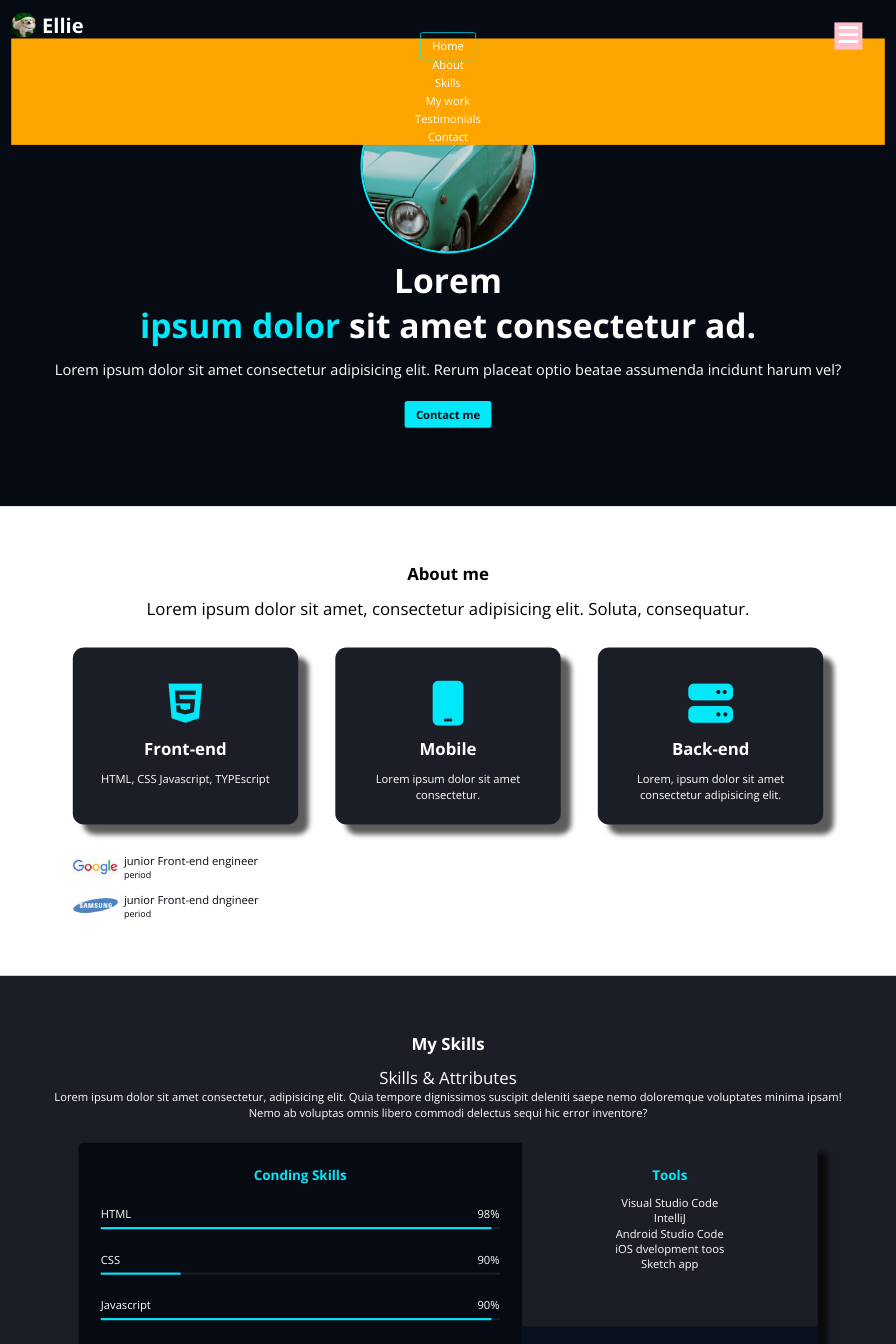
Repository: Arden-Sol/portfolio-website-clone-coding
Page: index.html
The author's editor kept a copy of each file at every save. The page is drawn from the files as they stood at one save, then again after the next save.
The browser window is 1280 px wide. The pictures show the part of the page from y = 0 to 1920 px (the page is 4153 px tall), at 70% of full size.
Some web libraries are served in a nearby version.

Above is the page before, as saved 2024-04-04 23:57:43.

### index.html
<!DOCTYPE html>
<html lang="en">

<head>
  <meta charset="UTF-8">
  <meta name="viewport" content="width=device-width, initial-scale=1.0">
  <!-- SEO -->
  <title>Arden&#39;s portfolio</title>
  <meta name="description" content="포트폴리오 연습장" />
  <meta name="author" content="arden">
  <link rel="shortcut icon" href="image/favicon.jpg" type="image/x-icon">
  <!-- OG (Open Graph Data) -->
  <meta property="og:title" content="포트폴리오">
  <meta property="og:type" content="website">
  <meta property="og:url" content="배포후 생성된 URL">
  <meta property="og:image" content="배포후 생성된 이미지 URL">
  <!-- Goole Font -->
  <link rel="preconnect" href="https://fonts.googleapis.com">
  <link rel="preconnect" href="https://fonts.gstatic.com" crossorigin>
  <link href="https://fonts.googleapis.com/css2?family=Open+Sans:ital,wght@0,300..800;1,300..800&display=swap"
    rel="stylesheet">
  <!-- Font Awesome -->
  <script src="https://kit.fontawesome.com/4dc9c1b526.js" crossorigin="anonymous"></script>
  <!-- CSS -->
  <link rel="stylesheet" href="css/style.css">
  <!-- Javascript -->
  <script src="src/main.js" defer></script>
</head>

<body>
  <!-- Header -->
  <header class="header">
    <div class="header__logo">
      <img class="header__logo__img" src="image/favicon.jpg" alt="">
      <h1 class="header__logo__title"><a href="#">Ellie</a></h1>
    </div>
    <nav class="header__nav">
      <ul class="header__menu">
        <li><a class="header__menu__item active" href="#home">Home</a></li>
        <li><a class="header__menu__item" href="#about">About</a></li>
        <li><a class="header__menu__item" href="#skills">Skills</a></li>
        <li><a class="header__menu__item" href="#work">My work</a></li>
        <li><a class="header__menu__item" href="#testimonial">Testimonials</a></li>
        <li><a class="header__menu__item" href="#contact">Contact</a></li>
      </ul>
    </nav>
    <button class="header__bars">
      <i class="fa-solid fa-bars"></i>
    </button>
  </header>
  <!-- Main -->
  <main>
    <!-- Home -->
    <section id="home" class="section">
      <div class="home__container">
        <img class="home__avatar" src="image/picture.jpg" alt="picture">
        <h2 class="home__title">Lorem <br> <strong class="home__title--strong">ipsum dolor</strong> sit amet consectetur
          ad.</h2>
        <p class="home__description">Lorem ipsum dolor sit amet consectetur adipisicing elit. Rerum placeat optio beatae
          assumenda incidunt harum
          vel?</p>
        <a class="home__contact" href="#contact">Contact me</a>
      </div>
    </section>
    <!-- About -->
    <section id="about" class="section max-container">
      <h2 class="title">About me</h2>
      <p class="description">Lorem ipsum dolor sit amet, consectetur adipisicing elit. Soluta, consequatur.</p>
      <ul class="majors">
        <li class="major">
          <i class="fa-brands fa-html5 major__icon"></i>
          <p class="major__title">Front-end</p>
          <p>HTML, CSS Javascript, TYPEscript</p>
        </li>
        <li class="major">
          <i class="fa-solid fa-mobile major__icon"></i>
          <p class="major__title">Mobile</p>
          <p>Lorem ipsum dolor sit amet consectetur.</p>
        </li>
        <li class="major">
          <i class="fa-solid fa-server major__icon"></i>
          <p class="major__title">Back-end</p>
          <p>Lorem, ipsum dolor sit amet consectetur adipisicing elit.</p>
        </li>
      </ul>
      <ul class="jobs">
        <li class="job"><img src="image/jobs/google.png" alt="google">
          <div>
            <p class="job__name">junior Front-end engineer</p>
            <p class="job__period">period</p>
          </div>
        </li>
        <li class="job"><img src="image/jobs/samsung.png" alt="samsung">
          <div>
            <p class="job__name">
              junior Front-end dngineer
            </p>
            <p class="job__period">period</p>
          </div>
        </li>
      </ul>
    </section>
    <!-- Skills -->
    <section id="skills" class="section">
      <div class="max-container">
        <h2 class="title">My Skills</h2>
        <p class="description">Skills & Attributes</p>
        <p>Lorem ipsum dolor sit amet consectetur, adipisicing elit. Quia tempore dignissimos suscipit deleniti saepe
          nemo
          doloremque voluptates minima ipsam! Nemo ab voluptas omnis libero commodi delectus sequi hic error inventore?
        </p>
        <div class="skills">
          <section class="skills__coding">
            <h3 class="skills__title">Conding Skills</h3>
            <ul>
              <li class="bar">
                <div class="bar__metadata"><span>HTML</span><span>98%</span></div>
                <div class="bar__bg">
                  <div class="bar__value" style="width: 98%"></div>
                </div>
              </li>
              <li class="bar">
                <div class="bar__metadata"><span>CSS</span><span>90%</span></div>
                <div class="bar__bg">
                  <div class="bar__value" style="width: 20%"></div>
                </div>
              </li>
              <li class="bar">
                <div class="bar__metadata"><span>Javascript</span><span>90%</span></div>
                <div class="bar__bg">
                  <div class="bar__value" style="width: 98%"></div>
                </div>
              </li>
              <li class="bar">
                <div class="bar__metadata"><span>TYPEscript</span><span>80%</span></div>
                <div class="bar__bg">
                  <div class="bar__value" style="width: 98%"></div>
                </div>
              </li>
              <li class="bar">
                <div class="bar__metadata"><span>NodeJs</span><span>78%</span></div>
                <div class="bar__bg">
                  <div class="bar__value" style="width: 98%"></div>
                </div>
              </li>
              <li class="bar">
                <div class="bar__metadata"><span>React</span><span>68%</span></div>
                <div class="bar__bg">
                  <div class="bar__value" style="width: 98%"></div>
                </div>
              </li>
            </ul>
          </section>
          <section class="skills__tools">
            <h3 class="skills__title">Tools</h3>
            <ul>
              <li>Visual Studio Code</li>
              <li>IntelliJ</li>
              <li>Android Studio Code</li>
              <li>iOS dvelopment toos</li>
              <li>Sketch app</li>
            </ul>
          </section>
          <section class="skills__etc">
            <h3 class="skills__title">Etc</h3>
            <ul>
              <li>Git</li>
              <li>Scurm Master</li>
              <li>Math</li>
            </ul>
          </section>
        </div>
      </div>
    </section>
    <!-- Work -->
    <section id="work" class="section">
      <div class="max-container">
        <h2 class="title">My work</h2>
        <p class="description">Projects</p>
        <ul class="categories">
          <li><button class="category category--selected">All <span class="category__count">8</span></button></li>
          <li><button class="category">Front-end <span class="category__count">3</span></button></li>
          <li><button class="category">Back-end <span class="category__count">3</span></button></li>
          <li><button class="category">Mobile <span class="category__count">2</span></button></li>
        </ul>
        <ul class="projects">
          <li class="project">
            <a href="#" target="_blank">
              <img src="image/projects/project1.webp" alt="project8" class="project__img">
              <div class="project__metadata">
                <h3 class="project__title">Project #1</h3>
                <p>Clone Coding with HTML, CSS</p>
              </div>
            </a>
          </li>
          <li class="project"><a href="#" target="_blank"><img src="image/projects/project1.webp" alt="project1"
                class="project__img">
              <div class="project__metadata">
                <h3 class="project__title">Project #1</h3>
                <p>Clone Coding with HTML, CSS</p>
              </div>
            </a></li>
          <li class="project"><a href="#" target="_blank"><img src="image/projects/project2.webp" alt="project2"
                class="project__img">
              <div class="project__metadata">
                <h3 class="project__title">Project #2</h3>
                <p>Clone Coding with HTML, CSS</p>
              </div>
            </a></li>
          <li class="project"><a href="#" target="_blank"><img src="image/projects/project3.webp" alt="project3"
                class="project__img">
              <div class="project__metadata">
                <h3 class="project__title">Project #3</h3>
                <p>Clone Coding with HTML, CSS</p>
              </div>
            </a></li>
          <li class="project"><a href="#" target="_blank"><img src="image/projects/project4.webp" alt="project4"
                class="project__img">
              <div class="project__metadata">
                <h3 class="project__title">Project #4</h3>
                <p>Clone Coding with HTML, CSS</p>
              </div>
            </a></li>
          <li class="project"><a href="#" target="_blank"><img src="image/projects/project5.webp" alt="project5"
                class="project__img">
              <div class="project__metadata">
                <h3 class="project__title">Project #5</h3>
                <p>Clone Coding with HTML, CSS</p>
              </div>
            </a></li>
          <li class="project"><a href="#" target="_blank"><img src="image/projects/project6.webp" alt="project6"
                class="project__img">
              <div class="project__metadata">
                <h3 class="project__title">Project #6</h3>
                <p>Clone Coding with HTML, CSS</p>
              </div>
            </a></li>
          <li class="project"><a href="#" target="_blank"><img src="image/projects/project7.webp" alt="project7"
                class="project__img">
              <div class="project__metadata">
                <h3 class="project__title">Project #7</h3>
                <p>Clone Coding with HTML, CSS</p>
              </div>
            </a></li>
        </ul>
      </div>
    </section>
    <!-- Testimonials -->
    <section id="testimonial" class="section max-container">
      <h2 class="title">Testimonial</h2>
      <p class="description">See what they say about me</p>
      <ul class="testimonials">
        <li class="testimonial"><img class="testimonial__img" src="image/testimonials/people1.webp" alt="people1">
          <div class="testimonial__bubble">
            <p>Lorem ipsum dolor sit amet consectetur adipisicing elit. Veniam ab quasi totam excepturi iure enim iusto
              facilis ut odio facere quaerat, sapiente nesciunt eveniet magnam porro, officiis molestiae, et nobis!</p>
            <p><a class="testimonial__bubble__name" href="#">James Kim</a> /Google</p>
          </div>
        </li>
        <li class="testimonial"><img class="testimonial__img" src="image/testimonials/people2.webp" alt="people2">
          <div class="testimonial__bubble">
            <p>Lorem ipsum dolor sit amet consectetur, adipisicing elit. Deleniti est neque ipsum distinctio accusamus
              expedita molestiae mollitia animi odio quam minus a atque exercitationem quidem nisi, dolores vel quisquam
              ipsa.</p>
            <p><a class="testimonial__bubble__name" href="#">Anna Jin </a>/Samsung</p>
          </div>
        </li>
        <li class="testimonial">
          <img class="testimonial__img" src="image/testimonials/people3.webp" alt="people3">
          <div class="testimonial__bubble">
            <p>Lorem ipsum dolor sit amet consectetur adipisicing elit. Aut rerum quam quae impedit esse atque laborum
              accusantium maxime repudiandae assumenda, perferendis beatae repellat at? Nam, soluta assumenda. Veniam,
              odit possimus?</p>
            <p><a class="testimonial__bubble__name" href="#">Anna Jin </a>/Samsung</p>
          </div>
        </li>
      </ul>
    </section>
    <!-- Arrow up -->
    <aside>
      <a class="arrow-up" href="#home" title="back to top">
        <i class="fa-solid fa-arrow-up"></i></a>
    </aside>
  </main>
  <!-- Footer -->
  <footer id="contact" class="section">
    <div class="max-container">
      <h2 class="title">Let&#39;s talk</h2>
      <p class="description">highhigh222@naver.com</p>
      <ul class="contact__links">
        <li>
          <a class="contact__link" href="#" title="arden github link" target="_blank">
            <i class="fa-brands fa-github"></i>
          </a>
        </li>
        <li>
          <a class="contact__link" href="#" title="arden linkedin link" target="_blank">
            <i class="fa-brands fa-linkedin"></i>
          </a>
        </li>
      </ul>
      <p>Dream Coding ellie - All right reserved</p>
    </div>
  </footer>


</body>

</html>

### css/style.css
/* Global */
:root {
/* App Colors */
--color-primary: var(--color-black);
--color-primary-variant: var(--color-gray);
--color-accent: var(--color-blue);
--color-accent-variant: var(--color-orange);
--color-text: var(--color-white);

  /* Colors */
--color-white: #ffffff;
--color-black: #050a13;
--color-blue: #03e8f9;
--color-orange: #fd6413;
--color-gray: #1b1e26;

/* Size */
--size-max-width: 1200px;
}

*{
  box-sizing: border-box;
}

body {
  margin : 0;
  font-family: 'Open Sans', sans-serif;
}

h1, h2, h3,p,ul {
  margin : 0;

}

ul{
  list-style: none;
  padding: 0;
}
a {
  text-decoration: none;
  color : var(--color-text);
}

button {
  background-color: transparent;
  outline: 0;
  border : 0;
}

button:hover {
  outline: 1px solid var(--color-accent);
}

/* Common */
.section {
  padding: 4rem;
  text-align: center;
}
.title {
  font-size: 2.5;
  margin: 1rem 0;
}
.description {
  font-size: 1.5rem;
}
.max-container {
  max-width: var(--size-max-width);
  margin: auto;
}

/* Header */
.header{
  position:fixed;
  top:0;
  width: 100%;
  display: flex;
  justify-content: space-between;
  align-items: center;
  padding: 1rem;
  background-color: transparent;
  transition: all 300ms ease;
  z-index: 1;
  /* 새롭게 배운 것 */
}
.header--dark{
  background-color: var(--color-primary);
  box-shadow: 15px 14px 8px 0px rgba(0,0,0,0.64);
}
.header__logo {
  display: flex;
  align-items: center;
  gap:8px;
}
.header__logo__img {
  width: 36px;
  height: 36px;
  border-radius: 100%;
}
.header__logo__title {
  font-size: 1.8rem;
}
.header__menu {
  display: flex;
  gap:4px
}
.header__menu__item {
  padding: 8px 16px;
}
.header__menu__item:hover {
  border-bottom:1px solid var(--color-accent)
}
.header__menu__item.active {
  border:1px solid var(--color-accent);
  border-radius: 4px;
}
/* header bar */
.header__bars{
  background-color: pink;
  position: absolute;
  top:2rem;
  right:3rem;
  color: var(--color-text);
  font-size: 2rem;
  display: none;
}
@media screen and (min-width: 768px) {
  .header{
    flex-direction: column;
    align-items: flex-start;
  }
  .header__nav{
    /* display: none; */
    width: 100%;


  }
  .header__menu{
    background-color: orange;
    flex-direction: column;
    align-items: center;

  }

  .header__menu li {


  }
  .header__bars{
    display: block;
  }
}
/* Home */
#home{
  background-color: var(--color-primary);
  color: var(--color-text);
  padding : 5rem 1rem;
  padding-top: 7rem;
  text-align: center;
}
.home__avatar{
  width: 250px;
  height: 250px;
  object-fit:cover;
  border-radius: 100%;
  border:3px solid var(--color-accent);
}
.home__title {
  font-size: 3rem;
  margin-bottom: 1rem;
}
.home__title--strong{
  color: var(--color-accent);
}
.home__description {
  font-size: 1.3rem;
}
.home__contact{
  display: inline-block;
  background-color: var(--color-accent);
  color:var(--color-black);
  padding : 0.5rem 1rem;
  margin: 2rem;
  font-weight: bold;
  border-radius: 4px;
}
.home__contact:hover{
  background-color: transparent;
  color: var(--color-text);
  outline: 2px solid var(--color-accent);
}
/* About me */
.majors{
  display: flex;
  justify-content: space-between;
  gap:1rem;
  margin: 2.5rem 0;
}
.major {
  background-color: var(--color-primary-variant);
  padding: 2rem 1rem;
  width: 30%;
  color: var(--color-text);
  border-radius: 1rem;
  cursor: default;
  box-shadow: 15px 14px 8px 0px rgba(0,0,0,0.64);
}
.major__icon{
  font-size: 4rem;
  margin: 1rem 0;
  color: var(--color-accent);
  transition: all 300ms ease;
}
.major__title{
  font-size: 1.5rem;
  font-weight: bold;
  margin-bottom:1rem;
}
.major:hover .major__icon{
  transform: rotate(-15deg) scale(1.2);
}
.jobs{
  text-align: start;
}
.job {
  display: flex;
  align-items: center;
  gap:8px;
  margin-bottom: 1rem;
}
.job__name {
  color: var(--color-primary);
}
.job__period  {
  color: var(--color-primary);
  font-size: 0.8rem;
}

/* Skills */
#skills {
  background-color: var(--color-primary-variant);
  color: var(--color-text);
}
.skills{
  display: grid;
  grid-template-columns: 6fr 4fr;
  margin: 2rem 3rem;
  border-radius: 8px;
  overflow: hidden;
  box-shadow: 15px 14px 8px 0px rgba(0,0,0,0.64);
}
.skills__title {
  color: var(--color-accent);
  margin: 1rem 0;
  font-size: 1.2rem;
}

.skills__coding{
  background-color: var(--color-primary);
  grid-row: span 2;
  padding: 1rem;
}
.skills__tools{
padding: 1rem;
}
.skills__etc{
  background-color: var(--color-primary);
  padding: 1rem;
  filter: brightness(150%);
}
.bar {
  display: flex;
  flex-direction: column;
  padding: 1rem;
  gap: 0.5rem;
}
.bar__metadata{
  display: flex;
  justify-content: space-between;
}
.bar__bg{
  width: 100%;
  height: 3px;
  background-color: var(--color-primary-variant);
}
.bar__value{
  height: 3px;
  background-color: var(--color-accent);
}

/* Word */
#work{
  background-color: var(--color-primary);
  color: var(--color-text);
}
.categories{
  display: flex;
  justify-content: center;
  margin: 2.5rem;
  gap: 1rem;
}
.category{
  position: relative;
  color: var(--color-text);
  font-size: 1.1rem;
  padding: 0.5rem 3rem;
  border-radius: 4px;
  border: 1px solid var(--color-accent);
  cursor: pointer;
  white-space: nowrap;
  /* 새롭게 배운 것 */
}
.category--selected {
  background-color: var(--color-accent);
  color: var(--color-primary);
}
.category__count{
  opacity: 0;
  position: absolute;
  top: -20px;
  right: 16px;
  width: 28px;
  height: 28px;
  line-height: 28px;
  border-radius: 100%;
  background-color: var(--color-accent-variant);
  color: var(--color-text);
  transition: all 250ms ease-in;
}
.category--selected .category__count,
.category:hover .category__count{
  opacity: 1;
  top: 0;
}

.projects {
  display: grid;
  grid-template-columns: repeat(4, 1fr);
  grid-template-rows: repeat(2, 1fr);
  gap: 1rem;
}
.project{
  position: relative;
  border-radius: 8px;
  overflow: hidden;
}
.project__img{
  width: 100%;
}
.project__metadata{
  position: absolute;
  top: 0;
  right: 0;
  width: 100%;
  height: 100%;
  background-color: var(--color-black);
  opacity: 0;
  display: flex;
  flex-direction: column;
  justify-content: center;
  align-items: center;
  transition: all 250ms ease-in;
  transform: translateY(-10px);
}
.project__metadata:hover {
  opacity: 0.8;
  transform: translateY(0px);
}
.project__title:after {
  content:'';
  display: block;
  position: relative;
  left: 50%;
  width: 50px;
  height: 2px;
  background-color: var(--color-accent);
  transform: translateX(-50%);
  margin: 0.5rem 0;
  /* 꾸미기용 가상요소 */
}

/* Testimonial */
.testimonials {
  margin: 3rem;

}
.testimonial{
  display: flex;
  gap:2rem;
  margin-bottom: 2rem;
  align-items: center;
}
.testimonial:nth-child(even) .testimonial__img{
  order:1;
}
.testimonial__img{
  width: 150px;
  height: 150px;
  border-radius: 100%;
  box-shadow: 15px 14px 8px 0px rgba(0,0,0,0.64);
}
.testimonial__bubble{
  box-shadow: 15px 14px 8px 0px rgba(0,0,0,0.64);
  padding: 1rem;
  border-radius: 8px;
}
.testimonial__bubble__name{
  color: var(--color-accent);
  font-weight: bold;
  filter: brightness(70%);
}

/* Arrow up */
.arrow-up{
  background-color: var(--color-primary);
  position: fixed;
  bottom: 3rem;
  right: 3rem;
  font-size: 3rem;
  width: 4.5rem;
  height: 4.5rem;
  border-radius: 100%;
  text-align: center;
  box-shadow: 15px 14px 8px 0px var(--color-accent);
}

/* Footer */
#contact{
  background-color: var(--color-primary);
  color: var(--color-text);
}
.contact__links {
  display: flex;
  justify-content: center;
  gap: 1rem;
  padding: 1rem;
  font-size: 2rem;
}
.contact__link {
  transition: color 250ms ease-in;

}
.contact__link:hover{
  color: var(--color-accent);
}

@media screen and (max-width: 768px){
  .section {
    padding: 3rem 2rem;
  }
  .title {
    font-size: 2rem;
  }
.description {
  font-size: 1rem;
}
.header{
  flex-direction: column;
  align-items: start;
}
.header__menu{
  flex-direction: column;
  text-align: center;
  padding: 1rem 4rem;
  gap: 1rem;
}
.header__nav{
  width: 100%;
}
#home{
  padding-bottom: 3rem;
}
.home__title {
font-size: 2.5rem;
margin-bottom: 0.5rem;
}
.majors{
  flex-direction: column;
  align-items: center;
}
.major{
  max-width:25rem;
  width: 100%;
}
.job{
  justify-content: center;
}
.skills{
  grid-template-columns: 1fr;
}
.categories{
  flex-direction: column;
}
.category{
  width: 100%;
}
.projects{
  grid-template-columns: repeat(2, 1fr);
}
.testimonial{
  flex-direction: column;
}
.testimonial:nth-child(even) .testimonial__img{
  order:0;
}
.arrow-up{
  font-size: 2rem;
  width: 3rem;
  height: 3rem;
  bottom: 1.5rem;
  right: 1.5rem;
}
}

### src/main.js
'use strict';
// Header에 페이지 아래로 스크롤시 다크 스타일링 적용
const header = document.querySelector('.header');
const headerHeight = header.getBoundingClientRect().height;
// document.addEventListener('scroll', () => {
//   if (window.scrollY > headerHeight) {
//     header.classList.add('header--dark')
//   } else {
//     header.classList.remove('header--dark')
//   }
// });

//홈화면을 아래로 스크롤시 점점 투명하게만들기
const home = document.querySelector('#home');
const homeHeight = home.getBoundingClientRect().height;
const homeContainer = document.querySelector('.home__container');

document.addEventListener('scroll', event => {
  homeContainer.style.opacity = 1 - window.scrollY / homeHeight;
});
// Arrow up 버튼을 아래로 스크롤시 투명하게 처리함
const arrowUp = document.querySelector('aside');
document.addEventListener('scroll', event => {
  if (homeHeight <= scrollY * 2) {
    arrowUp.style.display = 'block';
  } else {
    arrowUp.style.display = 'none';
  }
});

After the next save:
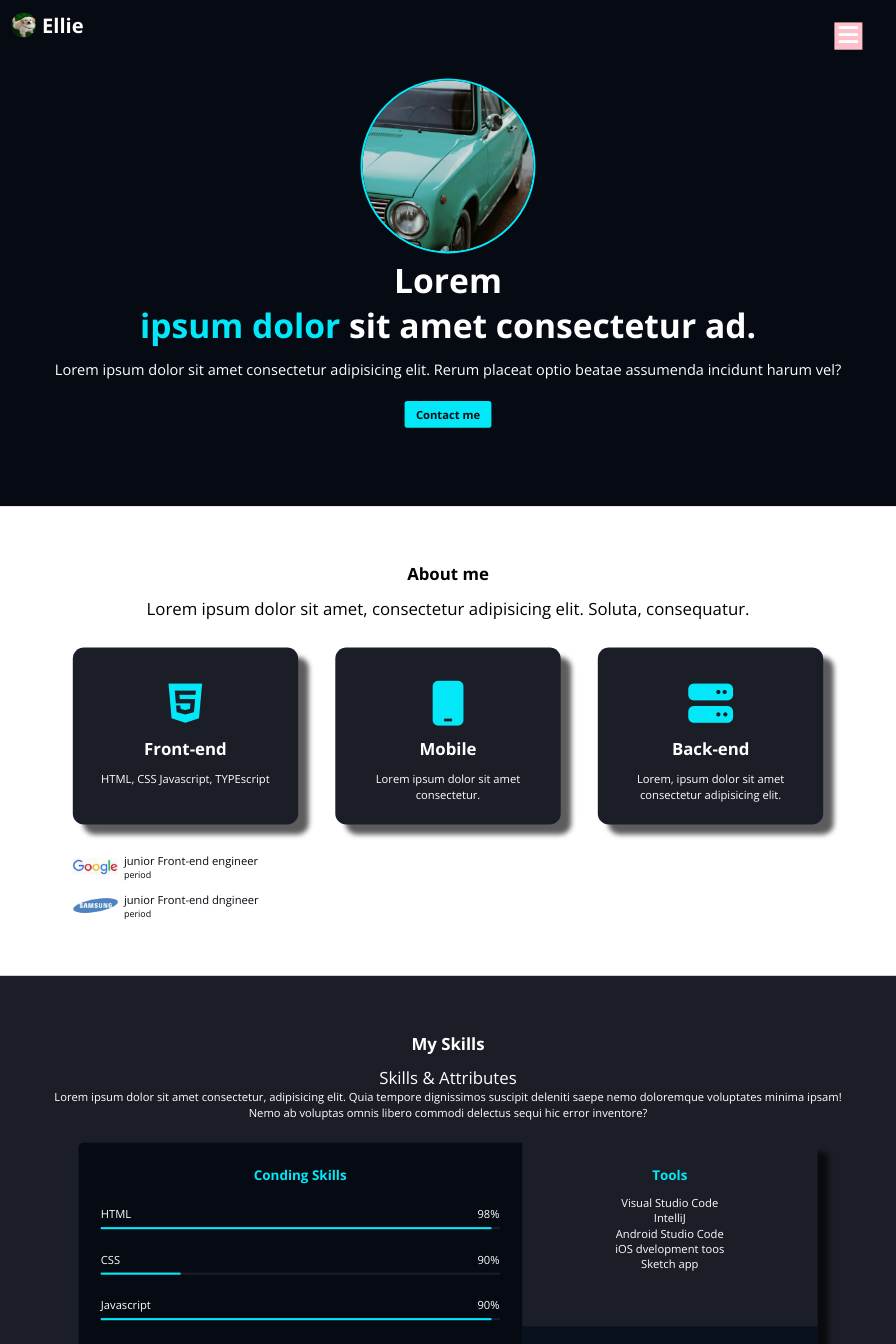
Saved 15 s later.
--- a/css/style.css
+++ b/css/style.css
@@ -129,7 +129,7 @@
     align-items: flex-start;
   }
   .header__nav{
-    /* display: none; */
+    display: none;
     width: 100%;
 
 
@@ -138,11 +138,6 @@
     background-color: orange;
     flex-direction: column;
     align-items: center;
-
-  }
-
-  .header__menu li {
-
 
   }
   .header__bars{
